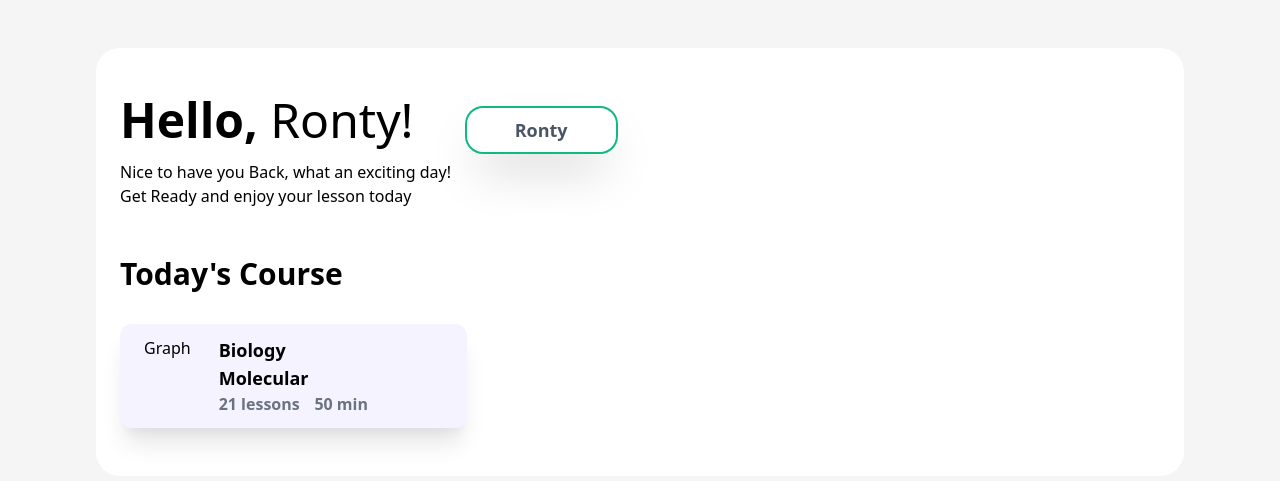
Repository: coolronts/Vite-Tailwind
Page: /
The author's editor kept a copy of each file at every save. The page is drawn from the files as they stood at one save, then again after the next save.
The browser window is 1280 px wide. The pictures show the whole page.
The project was rebuilt for these pictures with package versions that can differ from the ones it lists, and the page was loaded fresh each time. Also part of the build but not shown: vite.config.js.

Above is the page before, as saved 2021-11-26 07:32:50.

After the next save:
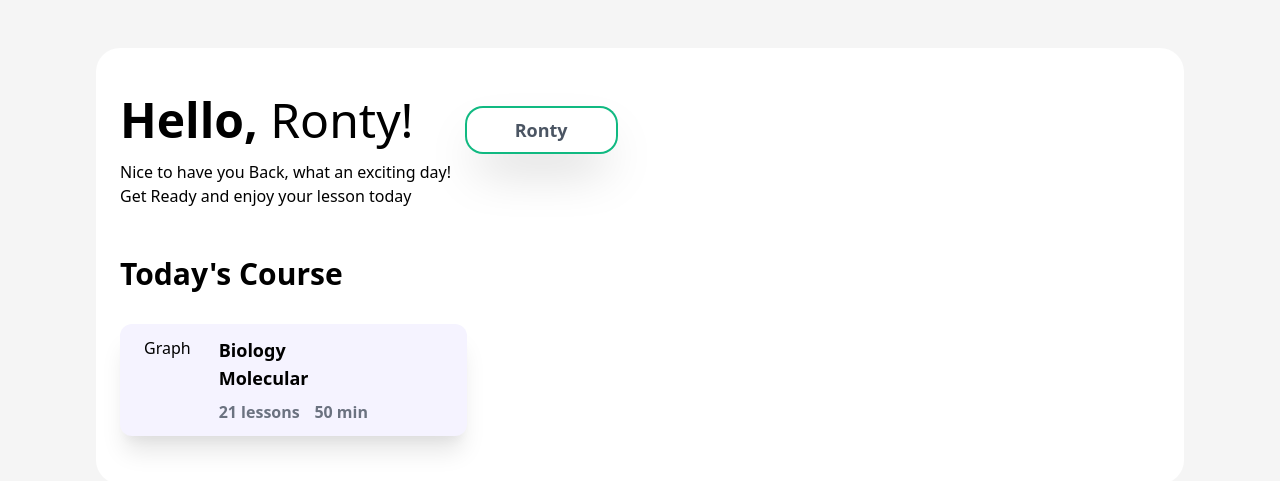
Saved 14 s later.
--- a/src/Section/Course/index.jsx
+++ b/src/Section/Course/index.jsx
@@ -8,7 +8,7 @@ export default function Course() {
         Graph
       </div>
       <div id="right">
-        <h4 className="font-bold text-lg">Biology Molecular</h4>
+        <h4 className="font-bold text-lg mb-2">Biology Molecular</h4>
         <div className="flex flex-col">
           <div className="flex justify-between text-gray-500 font-semibold">
             <p>21 lessons</p>
